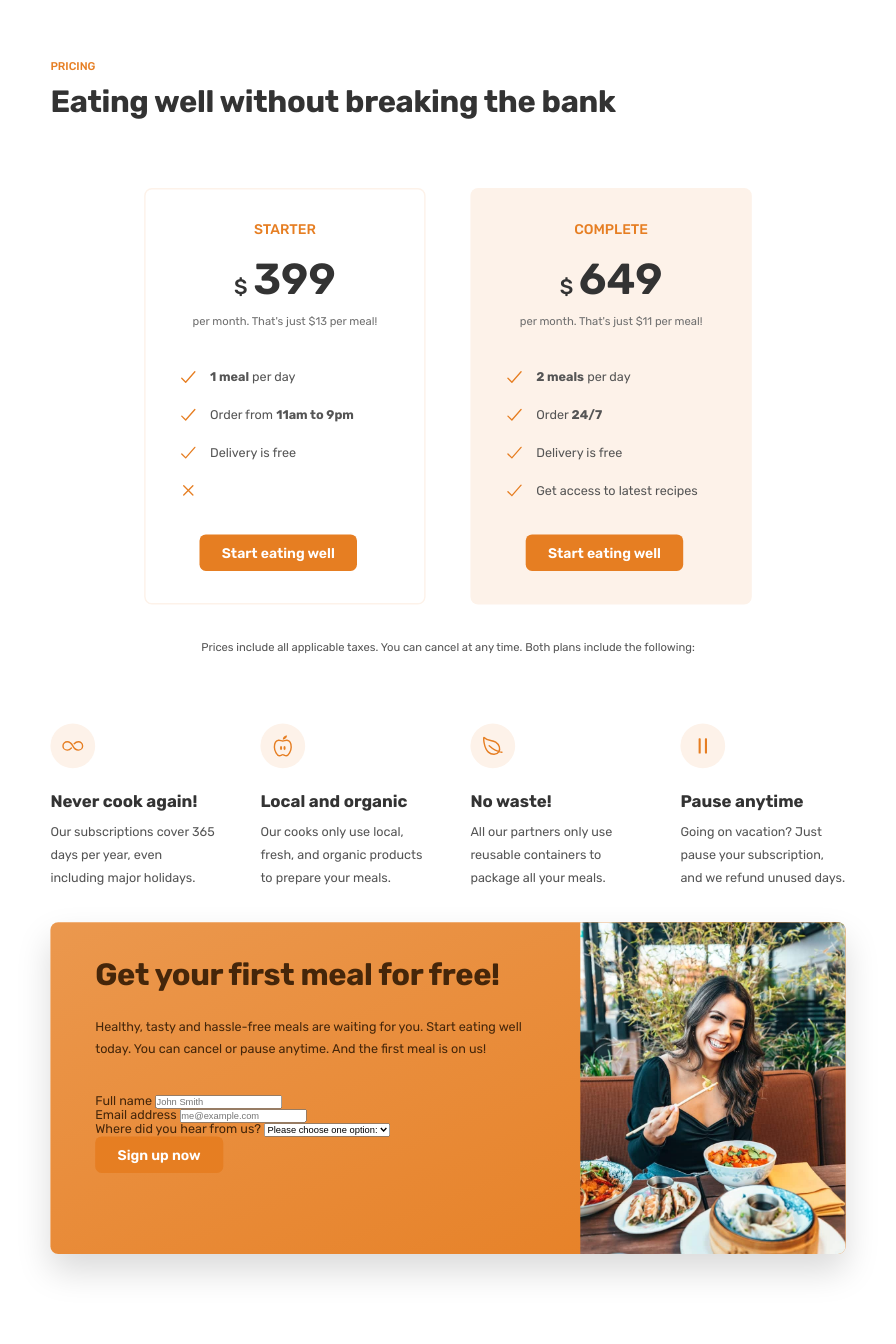
Repository: longvuht/omnifood-vu-nl
Page: index.html
An editor plug-in stored every save of this project. The page is shown before and after a run of saves, followed by the edit.
The browser window is 1280 px wide. The pictures show the part of the page from y = 4521 to 6441 px (the page is 6441 px tall), at 70% of full size.
The style sheet was rebuilt from its Sass, Less or Tailwind sources for each picture, by a compiler version that may differ from the author's.

Above is the page before, as saved 2022-09-20 18:40:26.

After the next 4 saves:
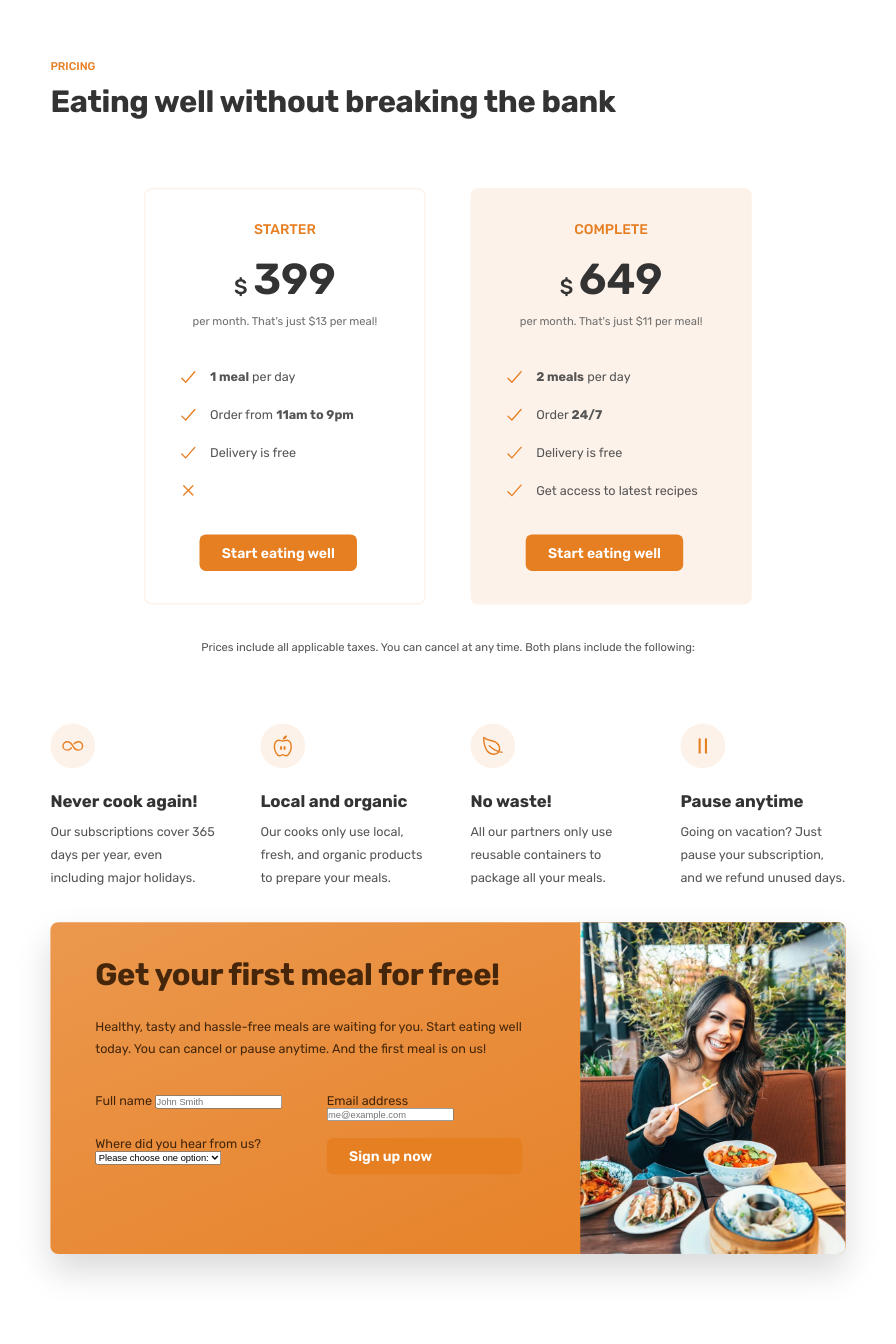
The 4 saves are shown as one change because 3 did not build or start.
The last was saved 2 min 35 s later.
--- a/index.html
+++ b/index.html
@@ -582,7 +582,7 @@
                 eating well today. You can cancel or pause anytime. And the
                 first meal is on us!
               </p>
-              <form action="#" class="cta-form">
+              <form action="#" class="cta__form">
                 <div>
                   <label for="full-name">Full name</label>
                   <input
--- a/sass/_cta.scss
+++ b/sass/_cta.scss
@@ -23,4 +23,9 @@
     line-height: 1.8;
     margin-bottom: 4.8rem;
   }
+  &__form {
+    display: grid;
+    grid-template-columns: 1fr 1fr;
+    gap: 2.4rem 3.2rem;
+  }
 }
